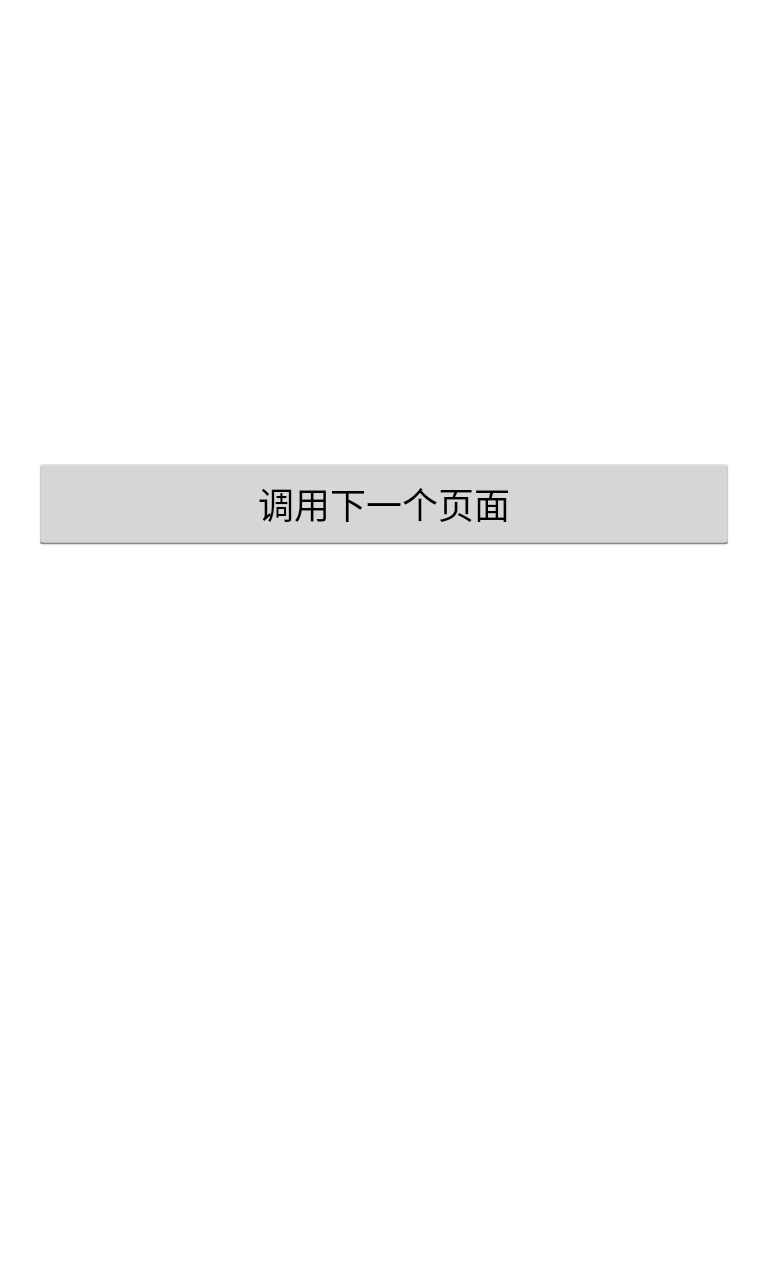
Repository: misok/android_test
Layout: CalculateDemo/res/layout/activity_main.xml
These files come from the project's save history. The layout is drawn as it stood at one moment and after the next save; the edit follows.
It is drawn on a 768 x 1280 px phone screen (xhdpi) without system bars, with theme AppTheme; the app's code is not run.

Above is the layout before, as saved 2014-12-03 15:28:50.

After the next save:
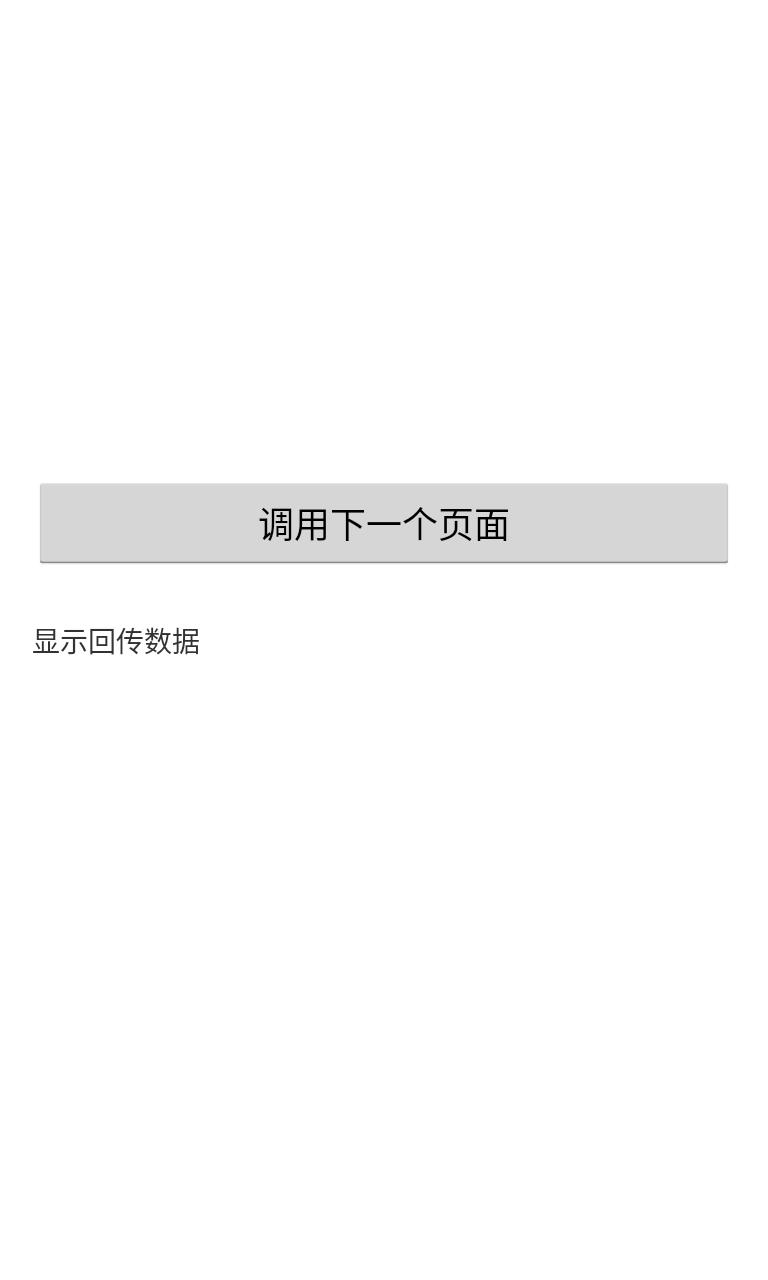
Saved 2 min 28 s later.
--- a/CalculateDemo/res/layout/activity_main.xml
+++ b/CalculateDemo/res/layout/activity_main.xml
@@ -11,8 +11,8 @@
     <TextView
         android:id="@+id/textView1"
         android:layout_width="match_parent"
-        android:layout_height="40dp"
-
+        android:layout_height="wrap_content"
+        android:text="显示回传数据"
         android:layout_alignRight="@+id/button1"
         android:layout_centerVertical="true"
          />
